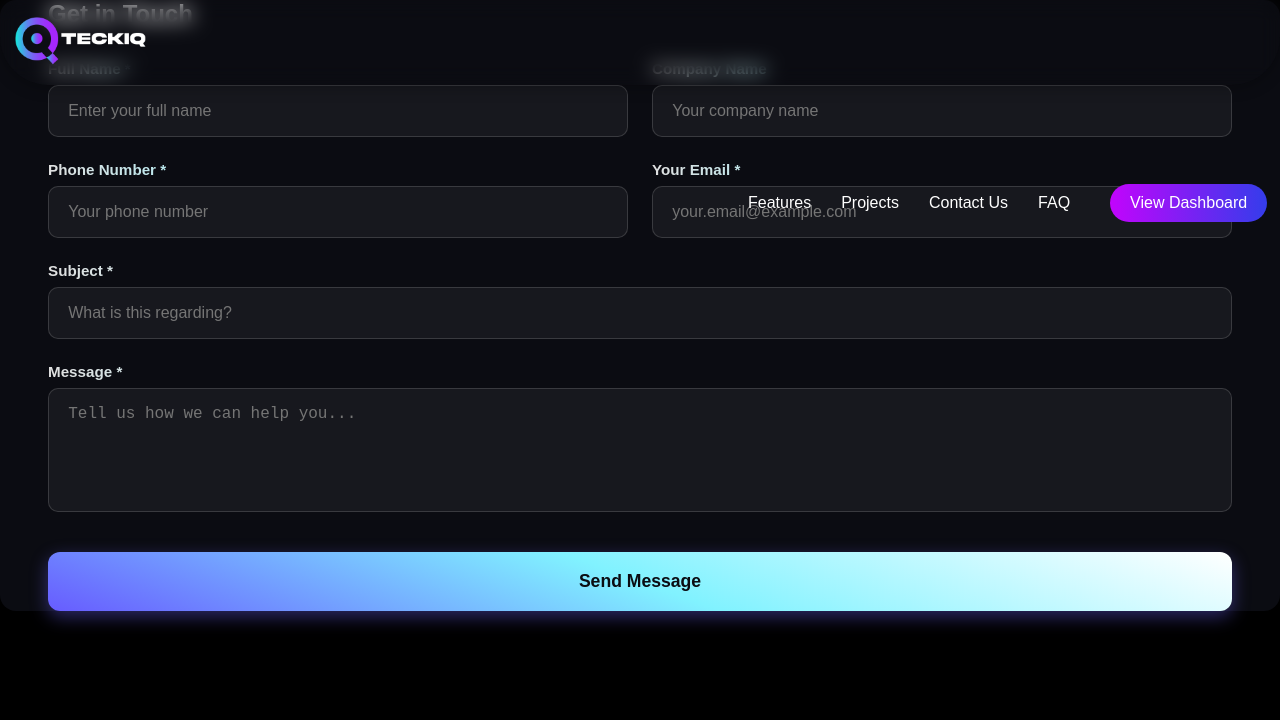
Repository: Uge-dev/Tekagon
Page: frontend/pages/contact.html
The author's editor kept a copy of each file at every save. The page is drawn from the files as they stood at one save, then again after the next save.
The browser window is 1280 px wide. The pictures show the whole page.

Above is the page before, as saved 2026-05-05 15:52:15.

After the next save:
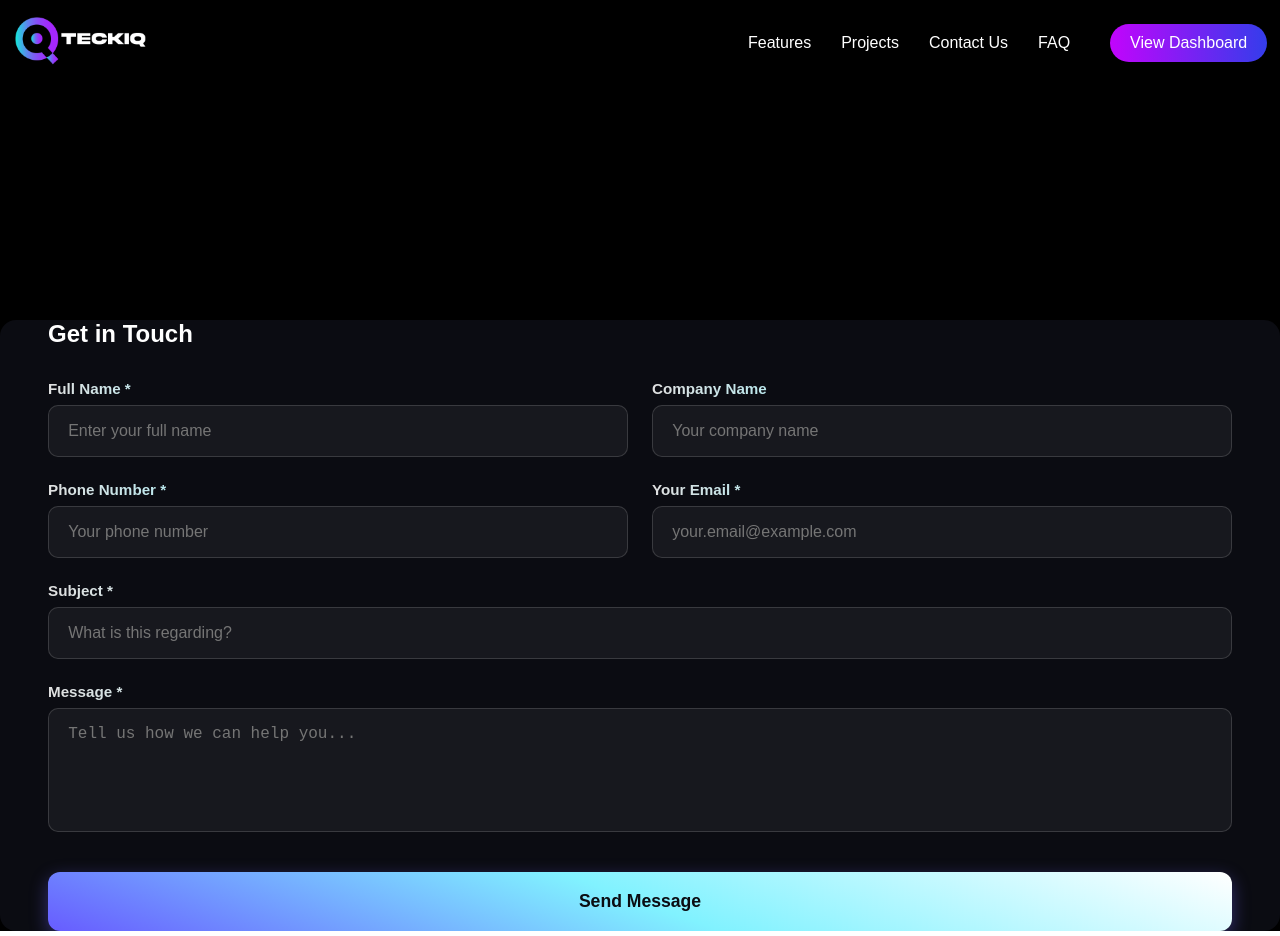
Saved 27 s later.
--- a/frontend/pages/contact.html
+++ b/frontend/pages/contact.html
@@ -27,7 +27,7 @@
       <a href="#"><img src="../Images/TeckIQ white text.png" alt="TeckIQ Logo"></a>
     </div>
 
-    <nav class="nav-wrapper" id="menu-item" style="margin-top: 20rem;">
+    <nav class="nav-wrapper" id="menu-item" >
       <div class="nav-links">
         <a href="#feature">Features</a>
         <a href="#project">Projects</a>
@@ -47,7 +47,7 @@
 
 
 
-   <section class="contact-section">
+   <section class="contact-section". style="margin-top: 20rem;">
         <h2 class="header-title">Get in Touch</h2>
         <form class="contact-form" id="contactForm" action="https://formsubmit.co/tekagon.digital@gmail.com"
             method="POST">
